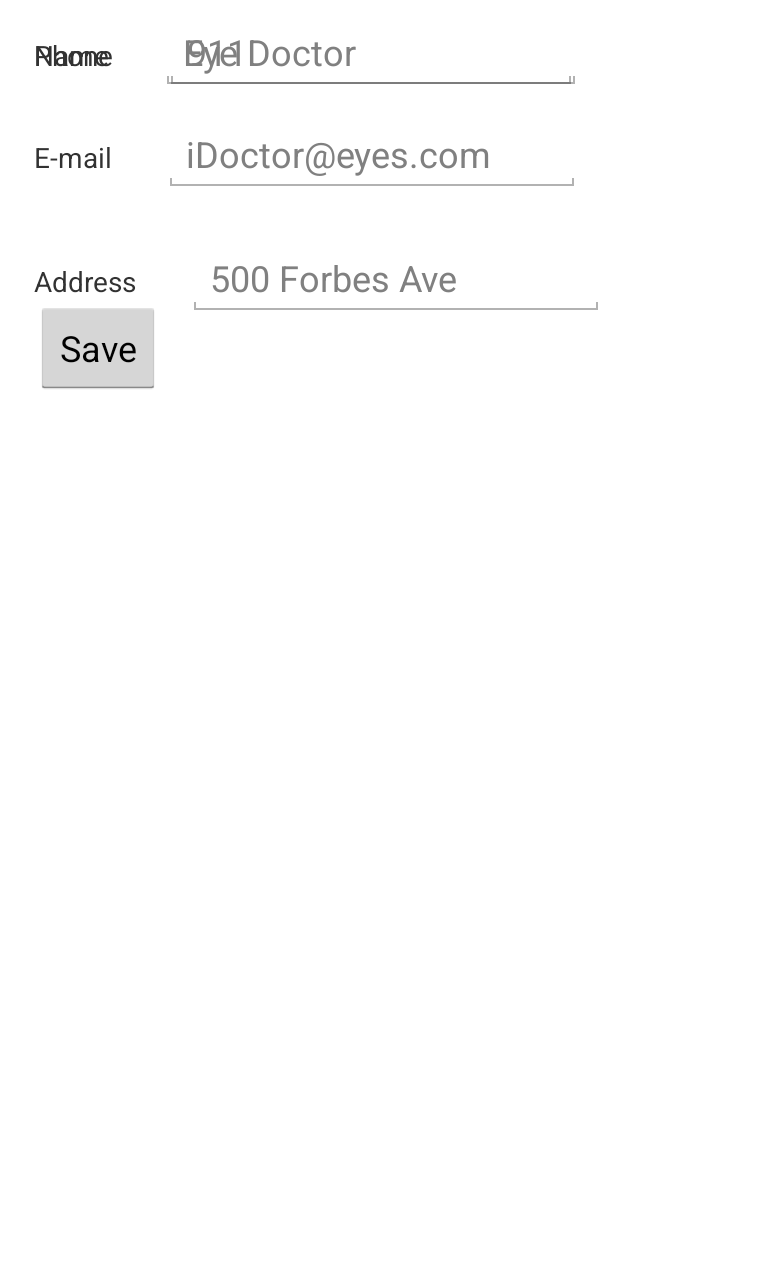
Repository: ranika/pilltracker
Layout: PillTracker/res/layout/f_doctors_doctoreditactivity.xml
These files come from the project's save history. The layout is drawn as it stood at one moment and after the next save; the edit follows.
It is drawn on a 768 x 1280 px phone screen (xhdpi) without system bars, with theme AppTheme; the app's code is not run.

Above is the layout before, as saved 2014-04-21 03:30:31.

After the next save:
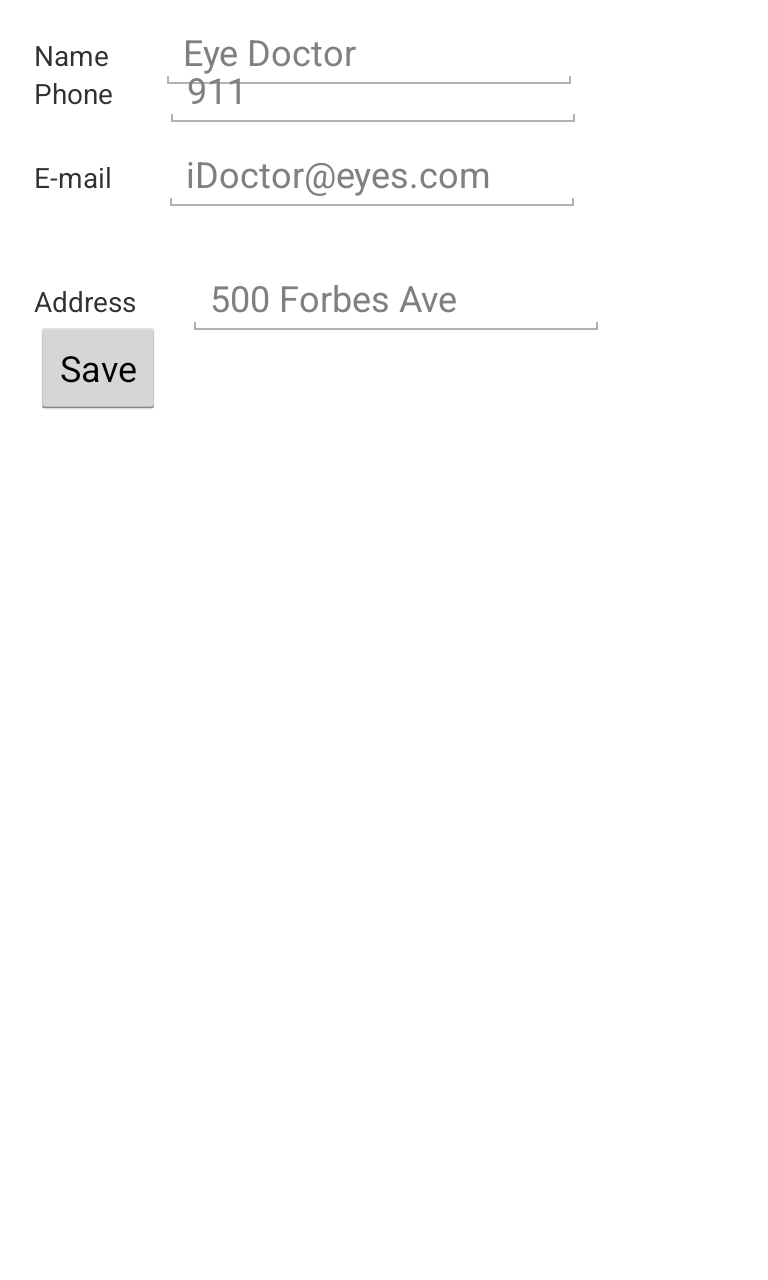
Saved 42 s later.
--- a/PillTracker/res/layout/f_doctors_doctoreditactivity.xml
+++ b/PillTracker/res/layout/f_doctors_doctoreditactivity.xml
@@ -76,7 +76,7 @@
         android:layout_width="wrap_content"
         android:layout_height="wrap_content"
         android:layout_marginLeft="17dp"
-        android:layout_alignTop="@+id/textView1"
+        android:layout_below="@+id/textView1"
         android:text="@string/phone" />
 
     <EditText
@@ -96,7 +96,7 @@
         android:layout_width="wrap_content"
         android:layout_height="wrap_content"
         android:layout_alignLeft="@+id/textView3"
-        android:layout_below="@+id/fdea_et2"
+        android:layout_below="@+id/textView3"
         android:layout_marginTop="23dp"
         android:text="@string/email" />
 
